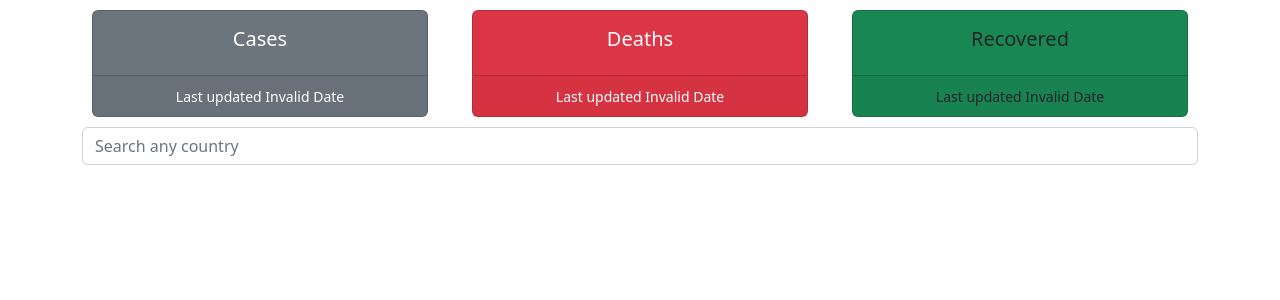
Repository: azizdeghais/CovidTracker
Page: /
These files come from the project's save history. The page is drawn as it stood at one moment and after the next save; the edit follows.
The browser window is 1280 px wide. The pictures show the whole page.
The page's requests for data from a server got no answer. The project was rebuilt for these pictures with package versions that can differ from the ones it lists, and the page was loaded fresh each time. No one was signed in, and anything a server would have sent is missing. Also part of the build but not shown: vite.config.js.

Above is the page before, as saved 2023-03-09 16:26:04.

### index.html
<!DOCTYPE html>
<html lang="en">
  <head>
    <meta charset="UTF-8" />
    <link rel="icon" type="image/svg+xml" href="/vite.svg" />
    <meta name="viewport" content="width=device-width, initial-scale=1.0" />
    <title>Covid-19 Tracker</title>

  </head>
  <body>
    <div id="root"></div>
    <script type="module" src="/src/main.jsx"></script>
  </body>
</html>

### src/main.jsx
import React from 'react'
import ReactDOM from 'react-dom/client'
import App from './App'
import 'bootstrap/dist/css/bootstrap.min.css';


ReactDOM.createRoot(document.getElementById('root')).render(
  <React.StrictMode>
    <App />
  </React.StrictMode>,
)

### src/App.jsx
import React, { useEffect,useState } from 'react'
import axios from 'axios'
import Container from 'react-bootstrap/Container';
import Row from 'react-bootstrap/Row';
import Col from 'react-bootstrap/Col';
import Card from 'react-bootstrap/Card';
import Stack from 'react-bootstrap/Stack';
import Form from 'react-bootstrap/Form';

import './App.css'


function App() {

  const [latest,setLatest]=useState([])
  const [results,setResults]=useState([])
  const [searchCountry,setSearchCountry]=useState('')


  useEffect(()=>{
    axios.all([
      axios.get('https://corona.lmao.ninja/v3/covid-19/all'),
      axios.get('https://corona.lmao.ninja/v3/covid-19/countries')
  ])

    .then(resArr=>{
           setLatest(resArr[0].data)
           setResults(resArr[1].data)
    })
    .catch(err=>{
      console.log(err)
    })
  },[])

  const date=new Date(parseInt(latest.updated));
  const lastUpdated=date.toString();



   const countries = results.map((data,i)=>{
    return (
      <Card
      key={i}
      bg='light'
      text='dark'
      className='text-center'
      style={{margin:'10px'}}
      >
        <Card.Img variant='top' src={data.countryInfo.flag} />
      <Card.Body>
        <Card.Title>{data.country}</Card.Title>
        <Card.Text>Cases: {data.cases}</Card.Text>
        <Card.Text>Deaths: {data.deaths}</Card.Text>
        <Card.Text>Recovered: {data.recovered}</Card.Text>
        <Card.Text>Today's cases: {data.todayCases}</Card.Text>
        <Card.Text>Today's deaths: {data.todayDeaths}</Card.Text>
        <Card.Text>Active {data.active}</Card.Text>


      </Card.Body>

      </Card>

    )
   })
  return (
    <Container>
      <Row >
        <Col>
          <Card className='text-center' bg='secondary' text='white' style={{margin:'10px'}} >
            <Card.Body>
              <Card.Title>Cases</Card.Title>
              <Card.Text>
                {latest.cases}
              </Card.Text>
            </Card.Body>
            <Card.Footer>
              <small>Last updated {lastUpdated}</small>
            </Card.Footer>
          </Card>
        </Col>
        <Col>
          <Card className='text-center' bg='danger' text='white' style={{margin:'10px'}}>
            <Card.Body>
              <Card.Title>Deaths</Card.Title>
              <Card.Text>
                {latest.deaths}
              </Card.Text>
            </Card.Body>
            <Card.Footer>
            <small>Last updated {lastUpdated}</small>

            </Card.Footer>
          </Card>
        </Col>
        <Col>
          <Card className='text-center' bg='success' style={{margin:'10px'}} >
            <Card.Body>
              <Card.Title>Recovered</Card.Title>
              <Card.Text>
               {latest.recovered}
              </Card.Text>
            </Card.Body>
            <Card.Footer>
            <small>Last updated {lastUpdated}</small>

            </Card.Footer>
          </Card>
        </Col>
      </Row>
      <Form>
      <Form.Group >
        <Form.Control
         type='text'
         placeholder='Search any country'
         onChange={e=> setSearchCountry(e.target.value)} />
      </Form.Group>
      </Form>
      <div className='countries-list'>
      {countries}
      </div>


    </Container>
  )
}

export default App

### src/App.css
.countries-list{
    display:flex;
    flex-direction:row;
    width: '1000px';
    flex-wrap: wrap;
    justify-content: space-between;
}

After the next save:
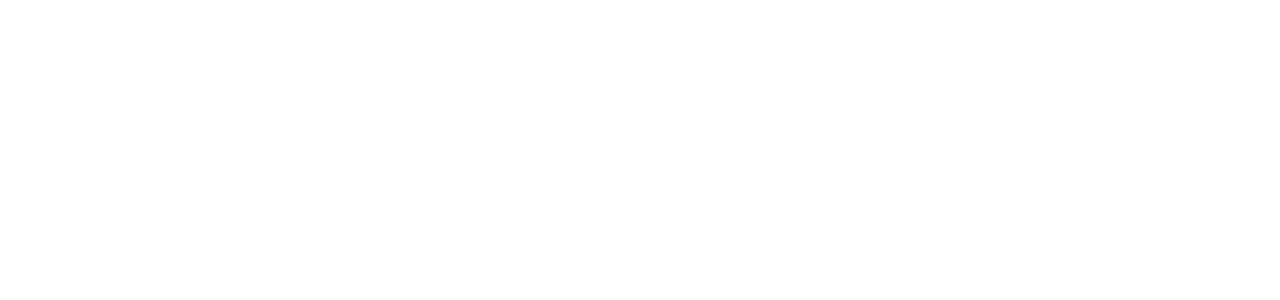
Console error: ReferenceError: Cannot access 'filterCountry' before initialization
Saved 64 s later.
--- a/src/App.jsx
+++ b/src/App.jsx
@@ -37,7 +37,7 @@
 
 
 
-   const countries = results.map((data,i)=>{
+   const countries = filterCountry.map((data,i)=>{
     return (
       <Card
       key={i}
@@ -62,6 +62,12 @@
       </Card>
 
     )
+   })
+
+
+
+   const filterCountry=results.filter(item=>{
+    return item.country=== searchCountry
    })
   return (
     <Container>

After the save that followed:
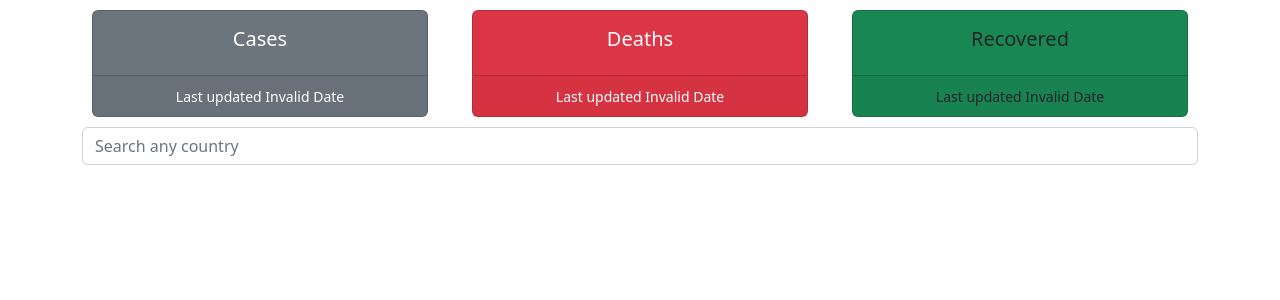
The error is gone.
Saved 24 s later.
--- a/src/App.jsx
+++ b/src/App.jsx
@@ -35,7 +35,9 @@
   const date=new Date(parseInt(latest.updated));
   const lastUpdated=date.toString();
 
-
+  const filterCountry=results.filter(item=>{
+    return item.country=== searchCountry
+   })
 
    const countries = filterCountry.map((data,i)=>{
     return (
@@ -66,9 +68,7 @@
 
 
 
-   const filterCountry=results.filter(item=>{
-    return item.country=== searchCountry
-   })
+
   return (
     <Container>
       <Row >
